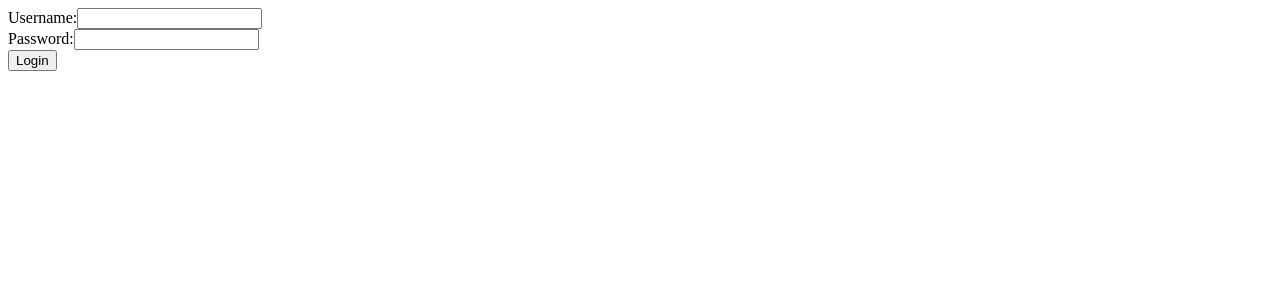
Repository: Bodily-Brad/CS313-Group-Java
Page: http://localhost/8.02/login.jsp
These files come from the project's save history. The page is drawn as it stood at one moment and after the next save; the edit follows.
The browser window is 1280 px wide. The pictures show the whole page.
The page is served by Tomcat 9. Other server files are loaded and not shown.

Above is the page before, as saved 2014-11-11 16:47:45.

### 8.02/WebContent/login.jsp
<%@ page language="java" contentType="text/html; charset=ISO-8859-1"
    pageEncoding="ISO-8859-1"%>
<!DOCTYPE html PUBLIC "-//W3C//DTD HTML 4.01 Transitional//EN" "http://www.w3.org/TR/html4/loose.dtd">
<html>
<head>
<meta http-equiv="Content-Type" content="text/html; charset=ISO-8859-1">
<title>CS313 - 8.02</title>
</head>
<body>
	<span>${requestScope.message}</span>
	<form action="ValidateUser" method="Get">
		<label>Username:</label><input type="text" name="username"><br>
		<label>Password:</label><input type="password" name="password"><br>
		<input type="submit" value="Login">
	</form>
</body>
</html>

After the next save:
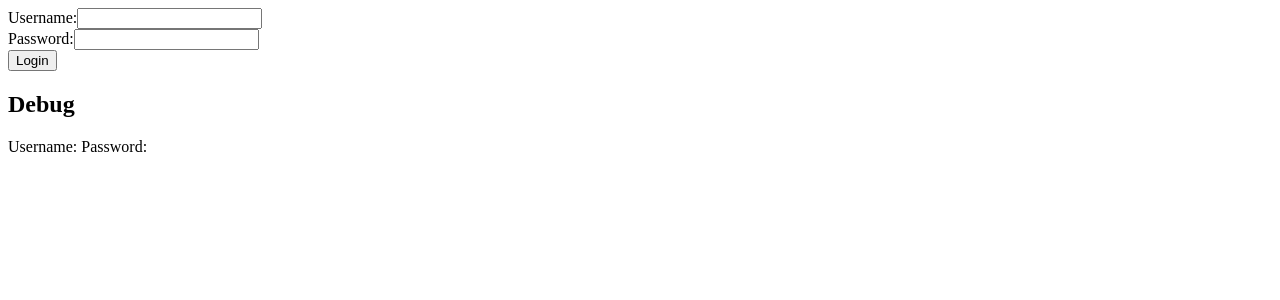
Saved 101 s later.
--- a/8.02/WebContent/login.jsp
+++ b/8.02/WebContent/login.jsp
@@ -13,5 +13,8 @@
 		<label>Password:</label><input type="password" name="password"><br>
 		<input type="submit" value="Login">
 	</form>
+	<h2>Debug</h2>
+	Username: ${param.username}
+	Password: ${param.password}
 </body>
 </html>
